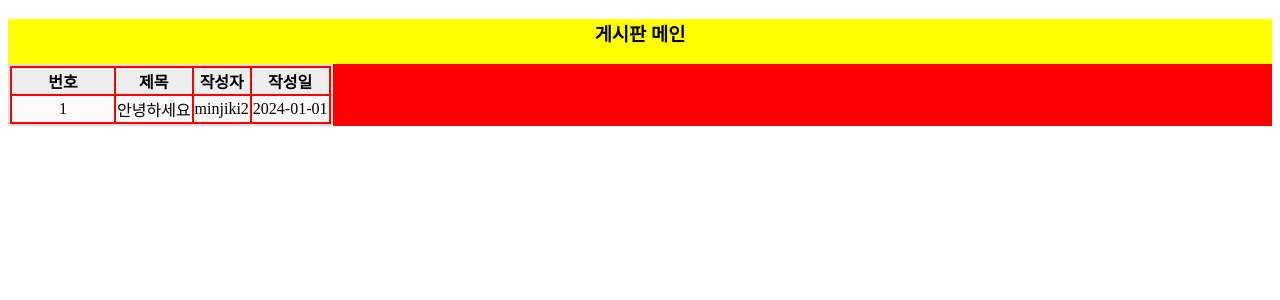
Repository: minjikimkim2222/BBS
Page: http://localhost/BBS/bbs.jsp
The author's editor kept a copy of each file at every save. The page is drawn from the files as they stood at one save, then again after the next save.
The browser window is 1280 px wide. The pictures show the whole page.
The page is served by Tomcat 9.

Above is the page before, as saved 2024-01-01 13:54:37.

After the next save:
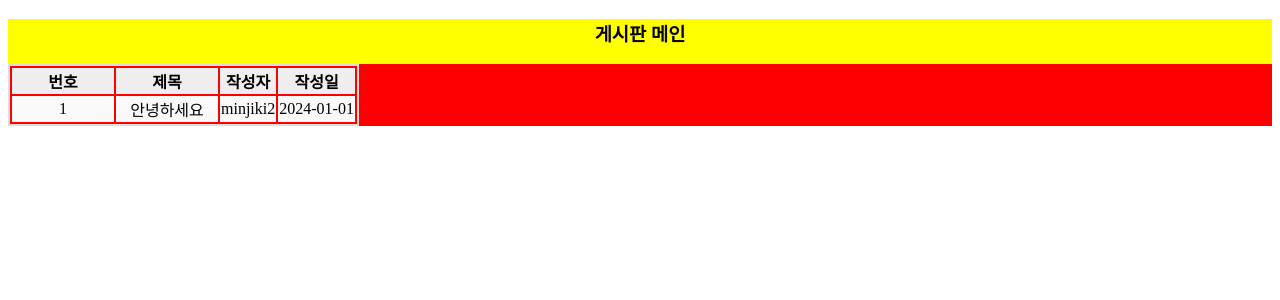
Saved 10 s later.
--- a/BBS/src/main/webapp/bbs.jsp
+++ b/BBS/src/main/webapp/bbs.jsp
@@ -46,7 +46,7 @@
 					<tbody>
 						<tr>
 							<td width = "100">1</td>
-							<td>안녕하세요</td>
+							<td width = "100">안녕하세요</td>
 							<td>minjiki2</td>
 							<td>2024-01-01</td>
 						</tr>
